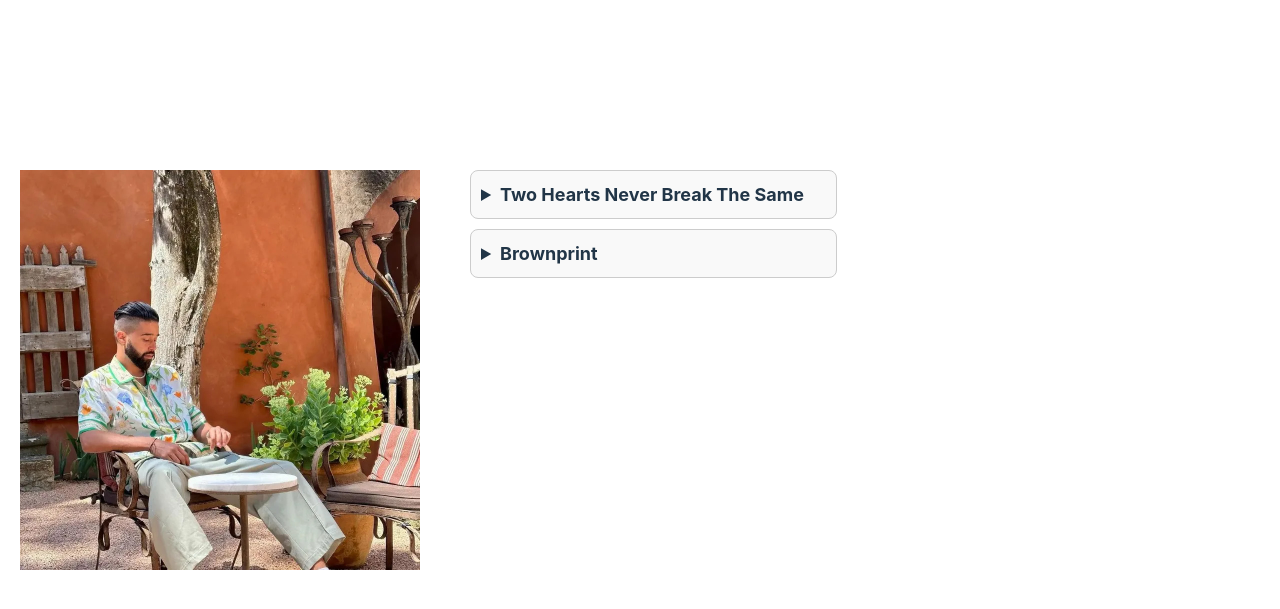
Repository: GavinPahal/my_app
Page: / (app in react/)
The author's editor kept a copy of each file at every save. The page is drawn from the files as they stood at one save, then again after the next save.
The browser window is 1280 px wide. The pictures show the whole page.
The project was rebuilt for these pictures with package versions that can differ from the ones it lists, and the page was loaded fresh each time. Also part of the build but not shown: react/vite.config.js.

Above is the page before, as saved 2024-09-14 13:33:40.

After the next save:
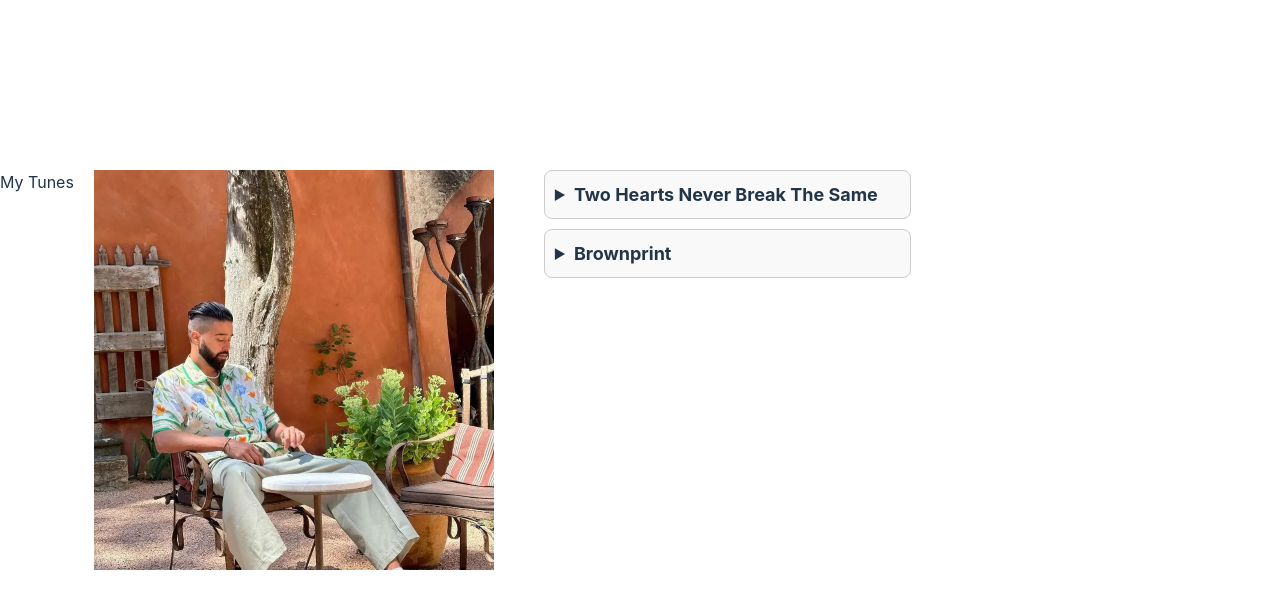
Saved 18 s later.
--- a/react/src/App.jsx
+++ b/react/src/App.jsx
@@ -5,7 +5,7 @@
 function App() {
   return (
     <div className="container">
-      <div className='image'></div>
+      <div className='headnig'>My Tunes</div>
       <img src={ap} alt="Vite logo" width={400} height={400}/>
       <div className="album">
         <details name="reqs">
